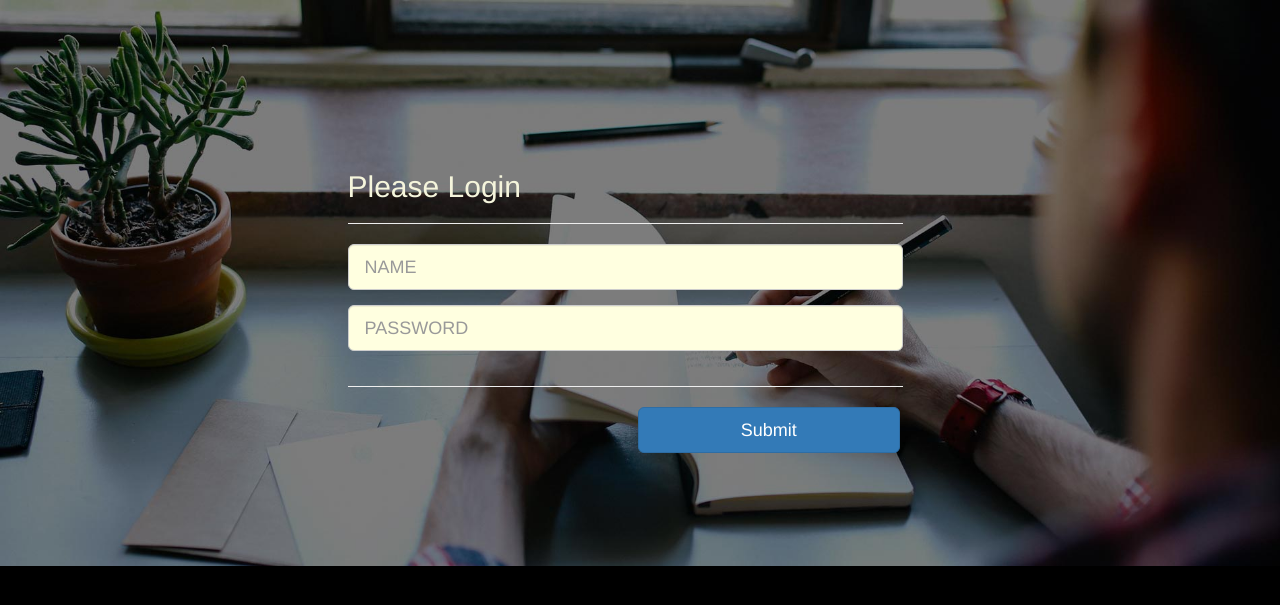
Repository: 123poornima/UpdatedSecondProject
Page: frontendPro/WebContent/_user/login.html
An editor plug-in stored every save of this project. The page is shown before and after the next save, followed by the edit.
The browser window is 1280 px wide. The pictures show the whole page.

Above is the page before, as saved 2017-01-17 05:27:34.

### frontendPro/WebContent/_user/login.html
<!DOCTYPE html>
<html>
<head>
<meta charset="ISO-8859-1">
<link rel="stylesheet" href="http://maxcdn.bootstrapcdn.com/bootstrap/3.3.7/css/bootstrap.min.css">

<!-- jQuery library -->
<script src="https://ajax.googleapis.com/ajax/libs/jquery/1.12.4/jquery.min.js"></script>

<!-- Latest compiled JavaScript -->
<script src="http://maxcdn.bootstrapcdn.com/bootstrap/3.3.7/js/bootstrap.min.js"></script>
<title>Insert title here</title>
<style>
body{
background-image: url(resources/images/banner-bg.jpg);
background-size:cover;
background-repeat:no-repeat;
background-color:black;
}
</style>
</head>
<body>
<div class="container" style="align:center; margin: 150px 0px 0px 40px">
   <div class="row">
    <div class="col-xs-12 col-sm-8 col-md-6 col-sm-offset-4 col-md-offset-3">
          <h2 style="color:#F5F5DC">Please Login</h2>
	     <hr class="colorgraph">
        <div class="row">
				<div class="col-sm-12 ">
					<div class="form-group">
						<input style="background-color:#FFFFE0" type="text" ng-model="user.username" placeholder="NAME" name="username" required="true" class="form-control input-lg" tabindex="1" />
					</div>
		       </div>
		 </div>

		 <div class="row">
				<div class="col-xs-12">
					<div class="form-group">
						<input style="background-color:#FFFFE0" type="password"  name="password" ng-model="user.password" placeholder="PASSWORD" required="true" class="form-control input-lg"  tabindex="2" />
					</div>
			 </div>
		</div>
			<hr class="colorgraph">
 			<div class="row">
				<div class="col-xs-12 col-md-6"><input style="margin-left:290px" type="submit" ng-click="submit()" class="btn btn-primary btn-block btn-lg" tabindex="7"></div>
			</div>

		</div>
	  </div>
	</div>
</body>
</html>

After the next save:
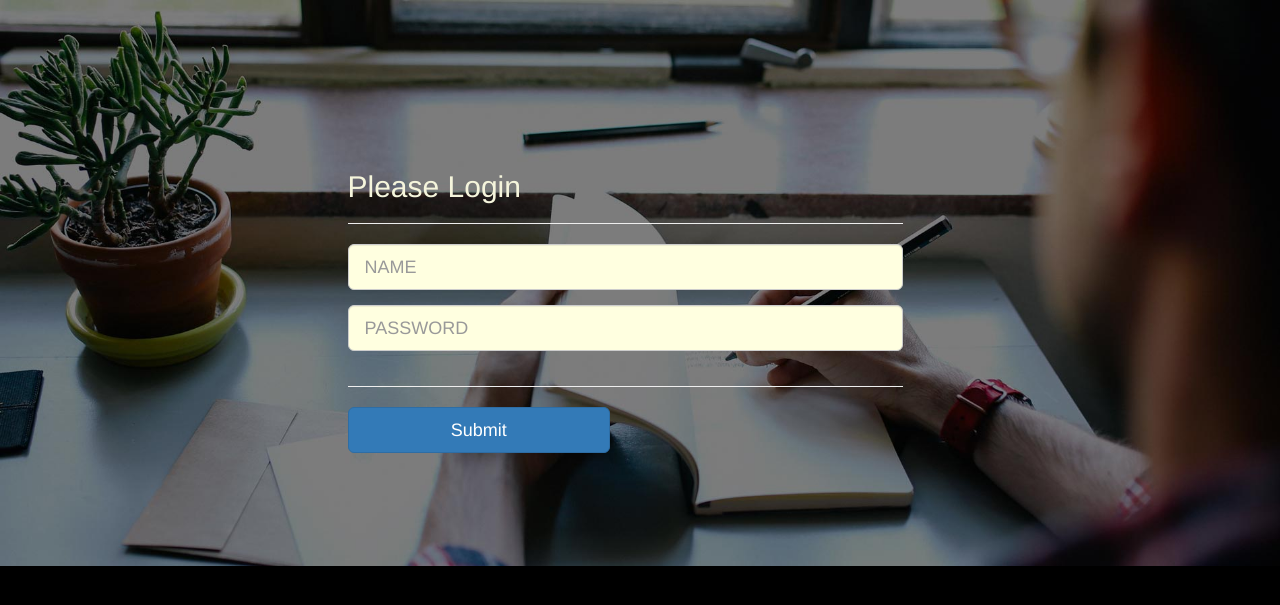
Saved 3 min 52 s later.
--- a/frontendPro/WebContent/_user/login.html
+++ b/frontendPro/WebContent/_user/login.html
@@ -42,7 +42,7 @@ background-color:black;
 		</div>
 			<hr class="colorgraph">
  			<div class="row">
-				<div class="col-xs-12 col-md-6"><input style="margin-left:290px" type="submit" ng-click="submit()" class="btn btn-primary btn-block btn-lg" tabindex="7"></div>
+				<div class="col-xs-12 col-md-6"><input type="submit" ng-click="submit()" class="btn btn-primary btn-block btn-lg" tabindex="7"></div>
 			</div>
 
 		</div>
